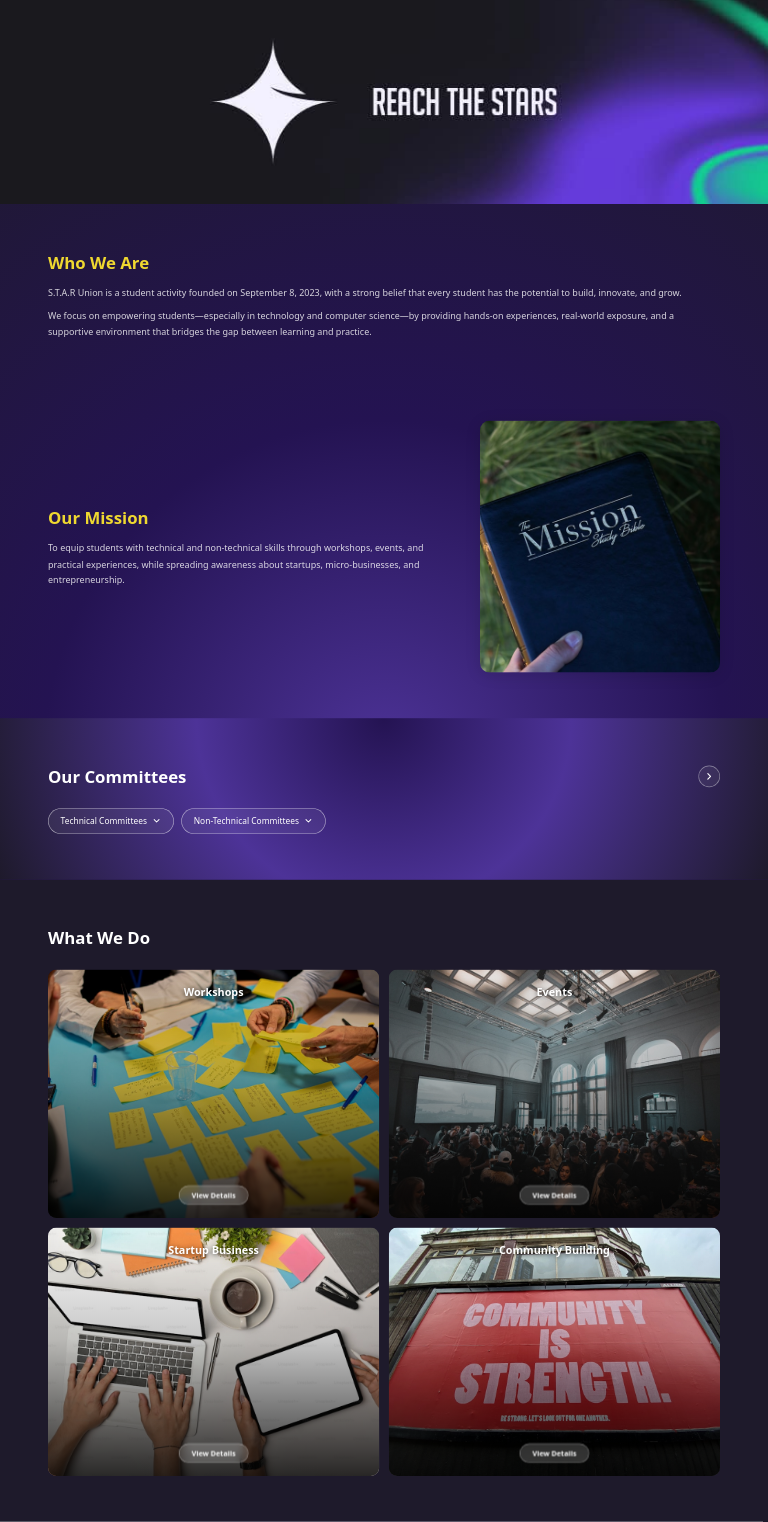
Repository: Frontend-Committee/StarUnion-Website
Page: /about
These files come from the project's save history. The page is drawn as it stood at one moment and after a run of saves; the edit follows.
The browser window is 1280 px wide. The pictures show the whole page, at 60% of full size.
The project was rebuilt for these pictures with package versions that can differ from the ones it lists, and the page was loaded fresh each time. Also part of the build but not shown: vite.config.js, src/components/common/Navbar.jsx, src/components/common/Footer.jsx, src/features/home/pages/HomePage.jsx.

Above is the page before, as saved 2026-02-25 14:00:06.

### index.html
<!doctype html>
<html lang="en">
  <head>
    <meta charset="UTF-8" />
    <meta name="viewport" content="width=device-width, initial-scale=1.0" />
    <title>star-union</title>
  </head>
  <body>
    <div id="root"></div>
    <script type="module" src="/src/main.jsx"></script>
  </body>
</html>

### src/App.jsx
import { BrowserRouter } from "react-router-dom";
import "./App.css";
import AppRoutes from "./routes";

function App() {
  return (
    <BrowserRouter>
      <AppRoutes />
    </BrowserRouter>
  );
}

export default App;

### src/App.css
@tailwind base;
@tailwind components;
@tailwind utilities;

.container {
  @apply max-w-6xl px-4 py-3 mx-auto;
}

/* Activity card image zoom on hover */
.group:hover .activity-card-img {
  transform: scale(1.06);
}

### src/routes/index.jsx
import { Route, Routes } from "react-router-dom";
import MainLayout from "../layouts/MainLayout";

// Pages
import AboutUsPage from "../features/about/pages/AboutUsPage";
import HomePage from "../features/home/pages/HomePage";

export default function AppRoutes() {
  return (
    <Routes>
      <Route element={<MainLayout />}>
        <Route path="/" element={<HomePage />} />
        <Route path="/about" element={<AboutUsPage />} />
      </Route>
    </Routes>
  );
}

### src/layouts/MainLayout.jsx
import { Outlet } from "react-router-dom";
import Navbar from "../components/common/Navbar";
import Footer from "../components/common/Footer";

export default function MainLayout() {
  return (
    <div className="flex flex-col min-h-screen">
      {/* <Navbar /> */}
      <main className="flex-1">
        <Outlet />
      </main>
      {/* <Footer /> */}
    </div>
  );
}

### src/features/about/pages/AboutUsPage.jsx
import { useState } from "react";
import AboutHero from "../../../assets/images/AboutHero.jpg";
import MissonImage from "../../../assets/images/Misson.jpg";
import CommunityImage from "../../../assets/images/Community.jpg";
import StartupImage from "../../../assets/images/StartupBusiness.jpg";
import WorkshopsImage from "../../../assets/images/Workshops.jpg";
import EventsImage from "../../../assets/images/Events.jpg";

// ─── Placeholder images (Unsplash – swap with real assets later) ─────────────



// ─── Inline SVGs ──────────────────────────────────────────────────────────────
function IconChevronDown({ open }) {
  return (
    <svg
      width="16"
      height="16"
      viewBox="0 0 24 24"
      fill="none"
      stroke="currentColor"
      strokeWidth="2.5"
      strokeLinecap="round"
      strokeLinejoin="round"
      style={{
        transition: "transform 0.3s ease",
        transform: open ? "rotate(180deg)" : "rotate(0deg)",
      }}
    >
      <polyline points="6 9 12 15 18 9" />
    </svg>
  );
}

function IconChevronRight() {
  return (
    <svg
      width="18"
      height="18"
      viewBox="0 0 24 24"
      fill="none"
      stroke="currentColor"
      strokeWidth="2.5"
      strokeLinecap="round"
      strokeLinejoin="round"
    >
      <polyline points="9 18 15 12 9 6" />
    </svg>
  );
}

// ─── 4-pointed star logo ──────────────────────────────────────────────────────
function StarLogo() {
  return (
    <svg
      width="110"
      height="110"
      viewBox="0 0 120 120"
      fill="none"
      xmlns="http://www.w3.org/2000/svg"
      style={{ filter: "drop-shadow(0 0 22px rgba(255,255,255,0.55))" }}
    >
      <path
        d="M60 4 L67 53 L116 60 L67 67 L60 116 L53 67 L4 60 L53 53 Z"
        fill="white"
      />
    </svg>
  );
}

// ─── Committee Dropdown ───────────────────────────────────────────────────────
function CommitteeDropdown({ label, items }) {
  const [open, setOpen] = useState(false);

  return (
    <div style={{ position: "relative", display: "inline-block" }}>
      <button
        onClick={() => setOpen((o) => !o)}
        style={{
          display: "flex",
          alignItems: "center",
          gap: "8px",
          padding: "10px 20px",
          border: "1px solid rgba(255,255,255,0.55)",
          borderRadius: "9999px",
          background: "rgba(255,255,255,0.06)",
          color: "white",
          fontSize: "14px",
          fontWeight: "500",
          cursor: "pointer",
          transition: "background 0.2s ease",
        }}
        onMouseEnter={(e) =>
          (e.currentTarget.style.background = "rgba(255,255,255,0.14)")
        }
        onMouseLeave={(e) =>
          (e.currentTarget.style.background = "rgba(255,255,255,0.06)")
        }
      >
        {label}
        <IconChevronDown open={open} />
      </button>

      {open && (
        <div
          style={{
            position: "absolute",
            top: "calc(100% + 8px)",
            left: 0,
            minWidth: "220px",
            background: "rgba(36,19,82,0.97)",
            border: "1px solid rgba(255,255,255,0.18)",
            borderRadius: "12px",
            boxShadow: "0 8px 32px rgba(0,0,0,0.4)",
            overflow: "hidden",
            zIndex: 50,
          }}
        >
          {items.map((item) => (
            <button
              key={item}
              style={{
                display: "block",
                width: "100%",
                textAlign: "left",
                padding: "10px 16px",
                fontSize: "13px",
                color: "rgba(255,255,255,0.78)",
                background: "transparent",
                border: "none",
                cursor: "pointer",
                transition: "background 0.15s",
              }}
              onMouseEnter={(e) =>
                (e.currentTarget.style.background = "rgba(255,255,255,0.09)")
              }
              onMouseLeave={(e) =>
                (e.currentTarget.style.background = "transparent")
              }
            >
              {item}
            </button>
          ))}
        </div>
      )}
    </div>
  );
}

// ─── Activity Card ────────────────────────────────────────────────────────────
function ActivityCard({ image, title }) {
  return (
    <div
      style={{
        position: "relative",
        overflow: "hidden",
        borderRadius: "14px",
        aspectRatio: "1 / 0.75",
        cursor: "pointer",
      }}
      className="group"
    >
      {/* Background image */}
      <img
        src={image}
        alt={title}
        className="activity-card-img"
        style={{
          position: "absolute",
          inset: 0,
          width: "100%",
          height: "100%",
          objectFit: "cover",
          transition: "transform 0.5s ease",
        }}
      />

      {/* Dark overlay gradient */}
      <div
        style={{
          position: "absolute",
          inset: 0,
          background:
            "linear-gradient(to top, rgba(0,0,0,0.82) 0%, rgba(0,0,0,0.22) 55%, transparent 100%)",
        }}
      />

      {/* Content */}
      <div
        style={{
          position: "absolute",
          inset: 0,
          display: "flex",
          flexDirection: "column",
          alignItems: "center",
          justifyContent: "space-between",
          padding: "16px 12px",
        }}
      >
        <h3
          style={{
            marginTop: "8px",
            color: "white",
            fontWeight: "700",
            fontSize: "18px",
            textAlign: "center",
            textShadow: "0 2px 8px rgba(0,0,0,0.7)",
          }}
        >
          {title}
        </h3>

        <button
          style={{
            padding: "6px 20px",
            marginBottom: "6px",
            fontSize: "12px",
            fontWeight: "600",
            color: "white",
            background: "rgba(255,255,255,0.18)",
            border: "1px solid rgba(255,255,255,0.4)",
            borderRadius: "9999px",
            backdropFilter: "blur(6px)",
            cursor: "pointer",
            transition: "background 0.2s ease",
          }}
          onMouseEnter={(e) =>
            (e.currentTarget.style.background = "rgba(255,255,255,0.32)")
          }
          onMouseLeave={(e) =>
            (e.currentTarget.style.background = "rgba(255,255,255,0.18)")
          }
        >
          View Details
        </button>
      </div>
    </div>
  );
}

// ════════════════════════════════════════════════════════════════════════════════
//  ABOUT US PAGE
// ════════════════════════════════════════════════════════════════════════════════
export default function AboutUsPage() {
  const technicalCommittees = [
    "Frontend Committee",
    "Backend Committee",
    "AI & Data Committee",
    "Cybersecurity Committee",
    "Mobile Development",
  ];

  const nonTechnicalCommittees = [
    "Media & Design Committee",
    "Marketing Committee",
    "HR Committee",
    "Finance Committee",
    "PR & Communications",
  ];

  const activities = [
    { image: WorkshopsImage, title: "Workshops" },
    { image: EventsImage, title: "Events" },
    { image: StartupImage, title: "Startup Business" },
    { image: CommunityImage, title: "Community Building" },
  ];

  return (
    <div
      className="bg-[radial-gradient(circle_at_center,_#4D3398_0%,_#241352_40%,_#1E1A2B_100%)]"
      style={{ width: "100%", overflowX: "hidden" }}
    >
      {/* ══════════════════════════════════════════════════════════════════════
          1. HERO — Background 3 gradient
      ══════════════════════════════════════════════════════════════════════ */}
      <section
        style={{
            backgroundImage: `url(${AboutHero})`,

          position: "relative",
          width: "100%",
          minHeight: "340px",
          display: "flex",
          flexDirection: "column",
          alignItems: "center",
          justifyContent: "center",
          overflow: "hidden",
          backgroundSize: "cover",
          backgroundPosition: "center",
          backgroundRepeat: "no-repeat",


        }}
      >
        {/* Green glow orb — top right */}
        {/* <div
          style={{
            position: "absolute",
            top: 0,
            right: 0,
            width: "280px",
            height: "280px",
            borderRadius: "9999px",
            background:
              "radial-gradient(circle, rgba(17,237,164,0.45) 0%, transparent 70%)",
            transform: "translate(35%, -35%)",
            filter: "blur(40px)",
            pointerEvents: "none",
          }}
        /> */}

        {/* Purple glow orb — bottom left */}
        {/* <div
          style={{
            position: "absolute",
            bottom: 0,
            left: 0,
            width: "200px",
            height: "200px",
            borderRadius: "9999px",
            background:
              "radial-gradient(circle, rgba(116,65,255,0.45) 0%, transparent 70%)",
            transform: "translate(-35%, 35%)",
            filter: "blur(36px)",
            pointerEvents: "none",
          }}
        /> */}

        {/* Star + heading */}
        {/* <div
          style={{
            position: "relative",
            zIndex: 10,
            display: "flex",
            flexDirection: "column",
            alignItems: "center",
            gap: "20px",
            padding: "64px 24px",
            textAlign: "center",
          }}

        >

        </div> */}
      </section>

      {/* ══════════════════════════════════════════════════════════════════════
          2. WHO WE ARE
      ══════════════════════════════════════════════════════════════════════ */}
      <section
        style={{
          padding: "64px 0",
        }}
      >
        <div
          className="container"
          //  style={{ maxWidth: "760px" }}
        >
          <h2
            style={{
              fontSize: "28px",
              fontWeight: "600",
              color: "#EFD830",
              marginBottom: "16px",
            }}
          >
            Who We Are
          </h2>
          <p
            style={{
              color: "rgba(255,255,255,0.82)",
              fontSize: "15px",
              lineHeight: "1.75",
              marginBottom: "12px",
            }}
          >
            S.T.A.R Union is a student activity founded on September 8, 2023,
            with a strong belief that every student has the potential to build,
            innovate, and grow.
          </p>
          <p
            style={{
              color: "rgba(255,255,255,0.82)",
              fontSize: "15px",
              lineHeight: "1.75",
            }}
          >
            We focus on empowering students—especially in technology and
            computer science—by providing hands-on experiences, real-world
            exposure, and a supportive environment that bridges the gap between
            learning and practice.
          </p>
        </div>
      </section>

      {/* ══════════════════════════════════════════════════════════════════════
          3. OUR MISSION — image right
      ══════════════════════════════════════════════════════════════════════ */}
      <section
        style={{
          padding: "48px 0 64px",
          // borderTop: "1px solid rgba(255,255,255,0.08)",
        }}
      >
        <div
          className="container"
          style={{
            // maxWidth: "900px",
            display: "flex",
            flexWrap: "wrap",
            alignItems: "center",
            gap: "48px",
          }}
        >
          <div style={{ flex: "1 1 300px" }}>
            <h2
              style={{
                fontSize: "28px",
                fontWeight: "600",
                color: "#EFD830",
                marginBottom: "16px",
              }}
            >
              Our Mission
            </h2>
            <p
              style={{
                color: "rgba(255,255,255,0.82)",
                fontSize: "15px",
                lineHeight: "1.75",
              }}
            >
              To equip students with technical and non-technical skills through
              workshops, events, and practical experiences, while spreading
              awareness about startups, micro-businesses, and entrepreneurship.
            </p>
          </div>

          {/* Image */}
          <div style={{ flex: "0 0 auto" }}>
            <img
              src={MissonImage}
              alt="Our Mission"
              style={{
                width: "100%",
                maxWidth: "400px",
                borderRadius: "16px",
                objectFit: "cover",
                aspectRatio: "4/4.2",
                boxShadow: "0 4px 24px rgba(0,0,0,0.13)",
                display: "block",
              }}
            />
          </div>
        </div>
      </section>

      {/* ══════════════════════════════════════════════════════════════════════
          4. OUR COMMITTEES — Background 3 gradient
      ══════════════════════════════════════════════════════════════════════ */}
      <section
        style={{
          position: "relative",
          width: "100%",
          padding: "64px 0",
          overflow: "hidden",
          background:
            "radial-gradient(circle at top, #241352 0%, #4D3398 45%, #1E1A2B 100%)",
        }}
      >
        <div
          className="container"
          //  style={{ maxWidth: "900px" }}
        >
          {/* Header row */}
          <div
            style={{
              display: "flex",
              alignItems: "center",
              justifyContent: "space-between",
              marginBottom: "32px",
            }}
          >
            <h2
              style={{
                fontSize: "28px",
                fontWeight: "800",
                color: "white",
                margin: 0,
              }}
            >
              Our Committees
            </h2>

            <button
              style={{
                display: "flex",
                alignItems: "center",
                justifyContent: "center",
                width: "36px",
                height: "36px",
                borderRadius: "9999px",
                border: "1px solid rgba(255,255,255,0.4)",
                background: "rgba(255,255,255,0.06)",
                color: "white",
                cursor: "pointer",
                transition: "background 0.2s",
              }}
              onMouseEnter={(e) =>
                (e.currentTarget.style.background = "rgba(255,255,255,0.14)")
              }
              onMouseLeave={(e) =>
                (e.currentTarget.style.background = "rgba(255,255,255,0.06)")
              }
              aria-label="Browse committees"
            >
              <IconChevronRight />
            </button>
          </div>

          {/* Dropdown buttons */}
          <div style={{ display: "flex", flexWrap: "wrap", gap: "12px" }}>
            <CommitteeDropdown
              label="Technical Committees"
              items={technicalCommittees}
            />
            <CommitteeDropdown
              label="Non-Technical Committees"
              items={nonTechnicalCommittees}
            />
          </div>
        </div>
      </section>

      {/* ══════════════════════════════════════════════════════════════════════
          5. WHAT WE DO — dark + 2×2 grid
      ══════════════════════════════════════════════════════════════════════ */}
      <section
        style={{
          width: "100%",
          padding: "64px 0",
          background: "#1E1A2B",
        }}
      >
        <div
          className="container"
          //  style={{ maxWidth: "900px" }}
        >
          <h2
            style={{
              fontSize: "28px",
              fontWeight: "800",
              color: "white",
              marginBottom: "32px",
            }}
          >
            What We Do
          </h2>

          {/* 2×2 Grid */}
          <div
            style={{
              display: "grid",
              gridTemplateColumns: "repeat(2, 1fr)",
              gap: "16px",
            }}
          >
            {activities.map((act) => (
              <ActivityCard
                key={act.title}
                image={act.image}
                title={act.title}
              />
            ))}
          </div>
        </div>
      </section>
    </div>
  );
}

Loaded but not shown: src/main.jsx (common file); tailwind.config.js (97 lines, source omitted)

After the next 2 saves:
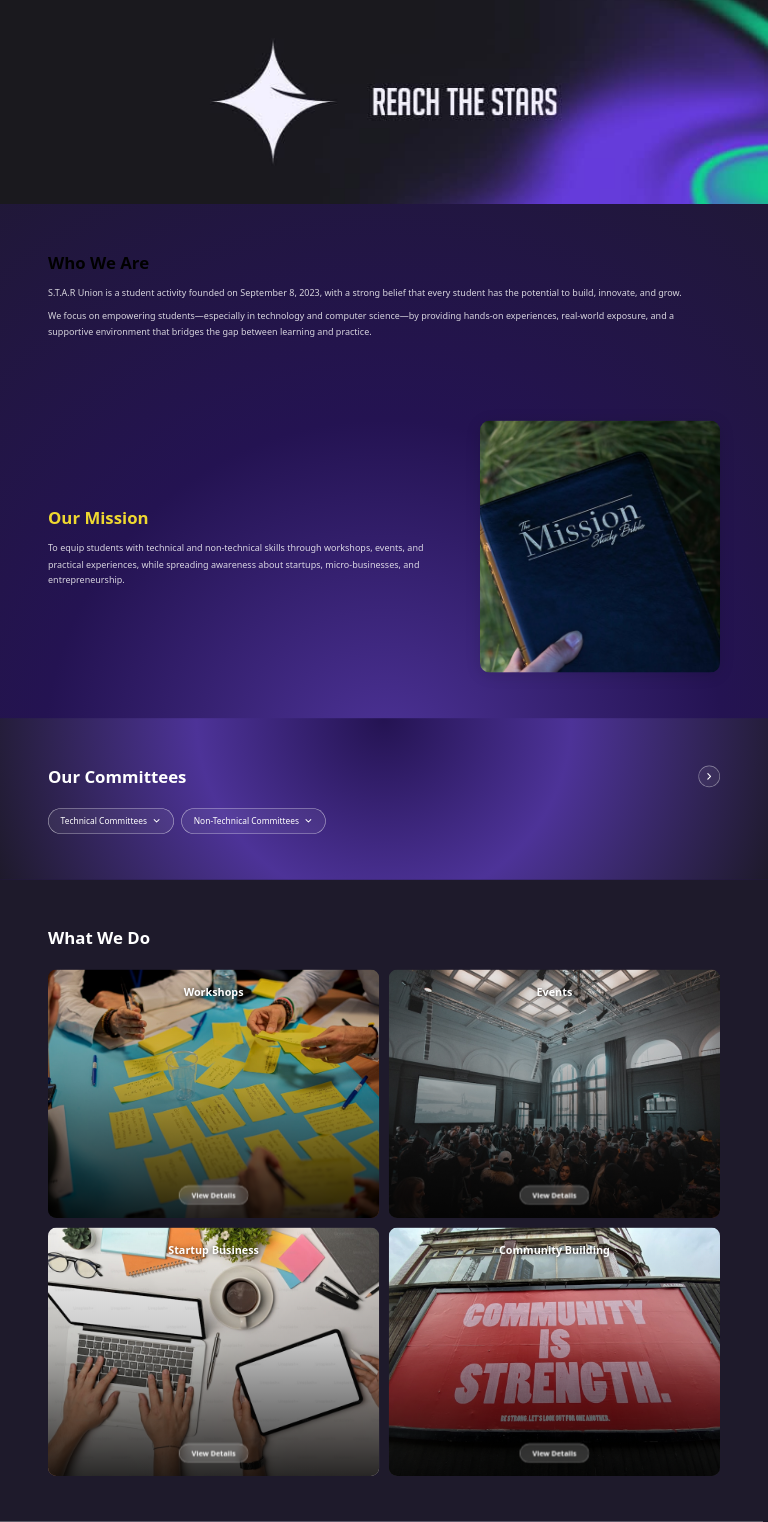
The 2 saves are shown as one change because they came seconds apart.
The last was saved 47 s later.
--- a/src/features/about/pages/AboutUsPage.jsx
+++ b/src/features/about/pages/AboutUsPage.jsx
@@ -360,7 +360,7 @@ export default function AboutUsPage() {
             style={{
               fontSize: "28px",
               fontWeight: "600",
-              color: "#EFD830",
+              color: "tertiary",
               marginBottom: "16px",
             }}
           >

After the 5 saves that followed:
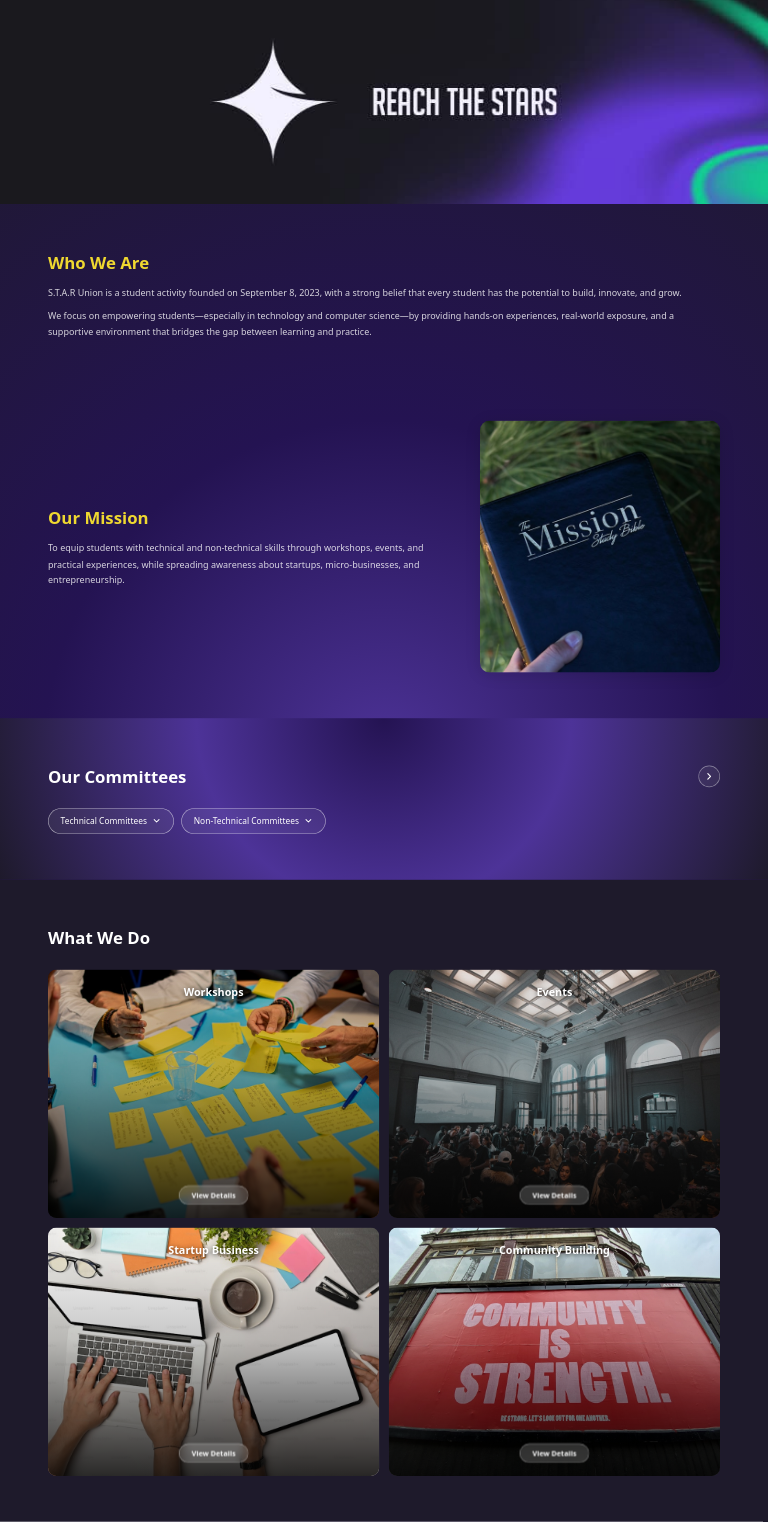
The 5 saves are shown as one change because 1 left the picture as it was and some came seconds apart.
The last was saved 22 s later.
--- a/src/features/about/pages/AboutUsPage.jsx
+++ b/src/features/about/pages/AboutUsPage.jsx
@@ -357,6 +357,7 @@ export default function AboutUsPage() {
           //  style={{ maxWidth: "760px" }}
         >
           <h2
+          className="text-tertiary"
             style={{
               fontSize: "28px",
               fontWeight: "600",
